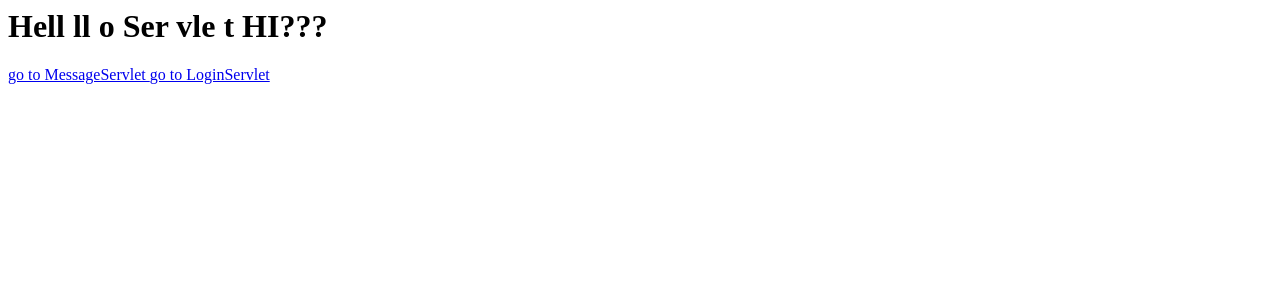
Repository: pencil-HB/SSAFY_Backend
Page: http://localhost/BackendProject/hi
An editor plug-in stored every save of this project. The page is shown before and after the next save, followed by the edit.
The browser window is 1280 px wide. The pictures show the whole page.
The page is served by Tomcat 10. Other server files are loaded and not shown.

Above is the page before, as saved 2024-09-23 06:03:41.

### BackendProject/src/main/java/com/basic/HelloServlet.java
package com.basic;

import jakarta.servlet.ServletException;
import jakarta.servlet.annotation.WebServlet;
import jakarta.servlet.http.HttpServlet;
import jakarta.servlet.http.HttpServletRequest;
import jakarta.servlet.http.HttpServletResponse;
import java.io.IOException;
import java.io.PrintWriter;

//@WebServlet("/hi")
@WebServlet(urlPatterns = {"/hi", "/hello", "/HelloServlet"})
public class HelloServlet extends HttpServlet {

	//서비스 메소드 : 클라이언트로부터 요청이들어왔을 때 응답을 만들어내는 메소드.
	//request : 클라이언트에서 서버로 들어오는 '요청'과 관련된 모든 정보를 가지고 있는 객체
	//response : 서버에서 클라이언트로 나가는 '응답'과 관련된 모든 정보를 가지고 있는 객체
	protected void doGet(HttpServletRequest request, HttpServletResponse response) throws ServletException, IOException {
		// 1.서버에서 클라이언트로 보내는 응답의 컨텐트 타입 지정
		response.setContentType("text/html;charset=utf-8");//MIME TYPE

		// 2.클라이언트로 보낼 컨텐트의 출력을 위해 출력용 스트림 준비
		PrintWriter out = response.getWriter();

		// 3.스트림으로 보낼 내용 출력
		out.println("<html><body>");
		out.println("<h1>Hell ll o Ser   vle     t HI???</h1>");
		out.println("<a href='messageservlet'> go to MessageServlet");
		out.println("<a href='LoginServlet?id=day6&pw=최고'> go to LoginServlet");
		out.println("</html></body>");
	}

	protected void doPost(HttpServletRequest request, HttpServletResponse response) throws ServletException, IOException {
		// TODO Auto-generated method stub
		System.out.println("Do Post");
	}

}

After the next save:
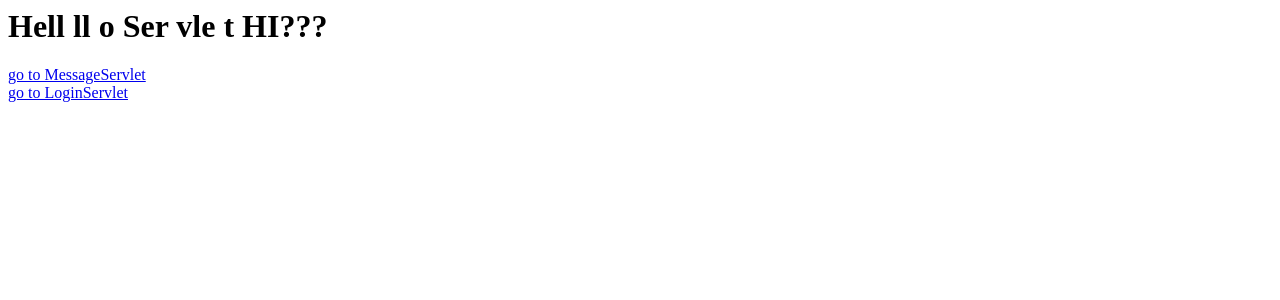
Saved 27 s later.
--- a/BackendProject/src/main/java/com/basic/HelloServlet.java
+++ b/BackendProject/src/main/java/com/basic/HelloServlet.java
@@ -26,7 +26,7 @@ public class HelloServlet extends HttpServlet {
 		out.println("<html><body>");
 		out.println("<h1>Hell ll o Ser   vle     t HI???</h1>");
 		out.println("<a href='messageservlet'> go to MessageServlet");
-		out.println("<a href='LoginServlet?id=day6&pw=최고'> go to LoginServlet");
+		out.println("<br><a href='LoginServlet?id=day6&pw=최고'> go to LoginServlet");
 		out.println("</html></body>");
 	}
 
